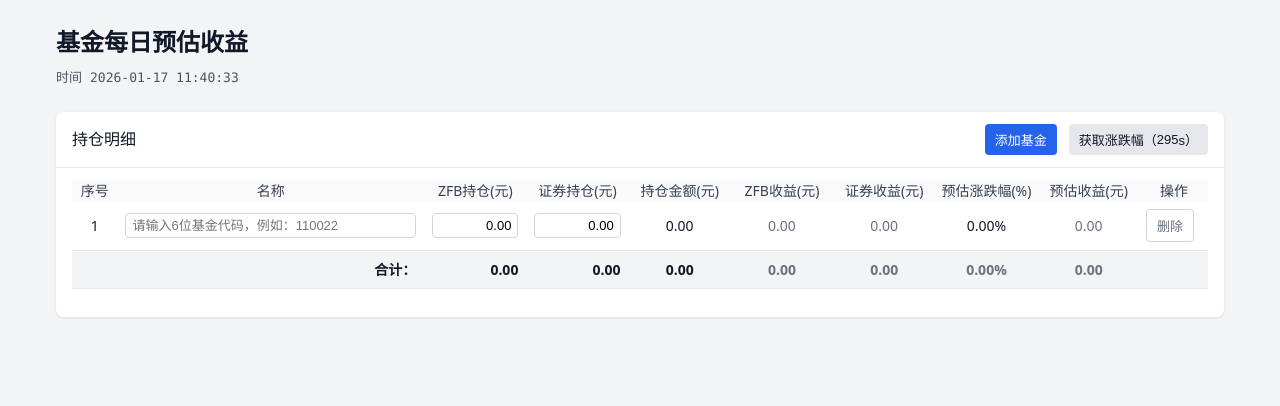
Repository: zt-boom/finance
Page: index.html
These files come from the project's save history. The page is drawn as it stood at one moment and after the next save; the edit follows.
The browser window is 1280 px wide. The pictures show the whole page.

Above is the page before, as saved 2026-01-17 19:29:44.

After the next save:
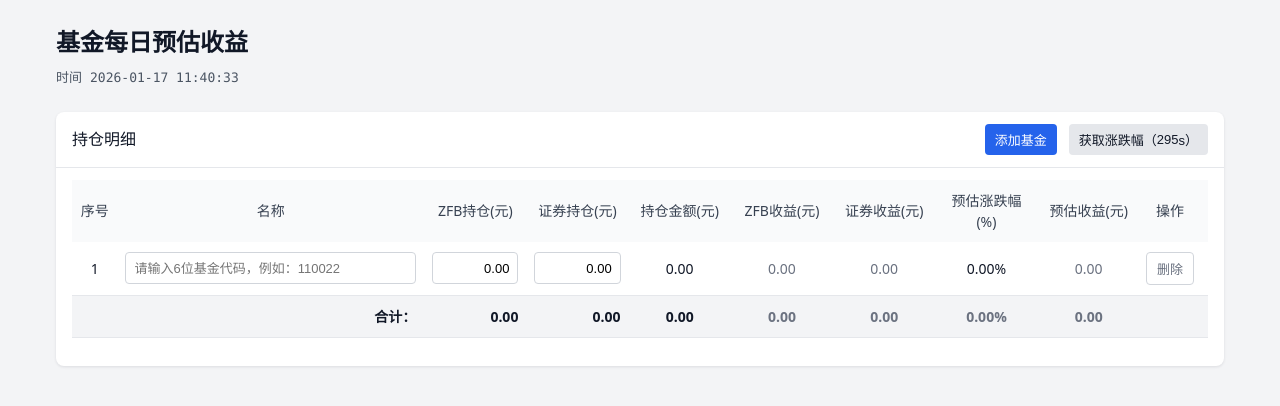
Saved 7 min 14 s later.
--- a/style.css
+++ b/style.css
@@ -92,9 +92,9 @@ margin-bottom: 12px;
 }
 
 .fund-table td {
-border-bottom: 1px solid #e5e7eb;
-padding: 8px;
-text-align: left;
+ border-bottom: 1px solid #e5e7eb;
+ padding: 10px 8px;
+ text-align: left;
 }
 
 .fund-table th.index-col,
@@ -123,6 +123,7 @@ background-color: #f9fafb;
 font-weight: 500;
 color: #374151;
 text-align: center;
+ padding: 10px 8px;
 }
 
 .fund-table tbody tr:nth-child(even) {
@@ -138,13 +139,14 @@ opacity: 0.7;
 }
 
 .fund-table input {
-width: 100%;
-padding: 4px 6px;
-font-size: 13px;
-border-radius: 4px;
-border: 1px solid #d1d5db;
-outline: none;
-text-align: right;
+ width: 100%;
+ height: 32px;
+ padding: 4px 8px;
+ font-size: 13px;
+ border-radius: 4px;
+ border: 1px solid #d1d5db;
+ outline: none;
+ text-align: right;
 }
 
 .fund-table input.narrow-number-input {
